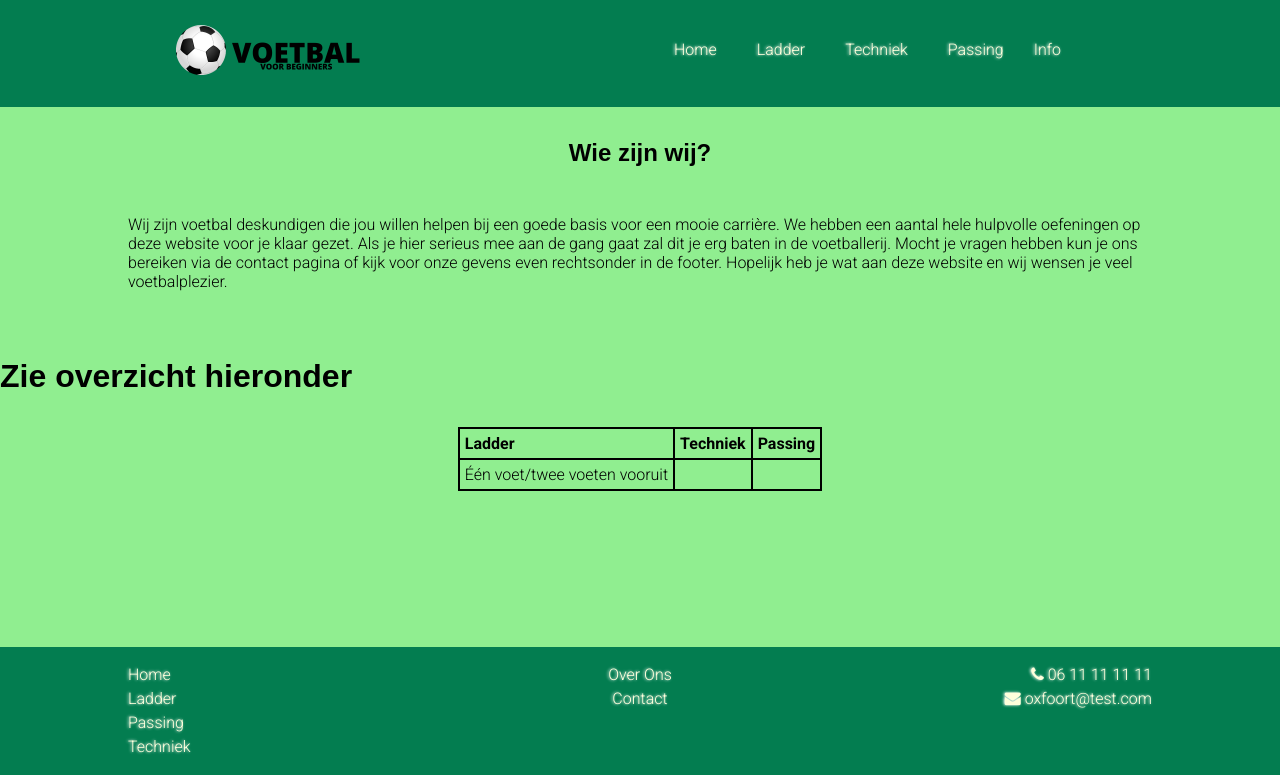
Repository: KelvinOxfoort/Start
Page: overons.html
The author's editor kept a record of every edit. The page is drawn from the files as they stood at one moment, then again after the next edit.
The browser window is 1280 px wide. The pictures show the whole page.
Some web fonts or font styles are not loaded; a fallback is used.

Above is the page before.

After the next edit:
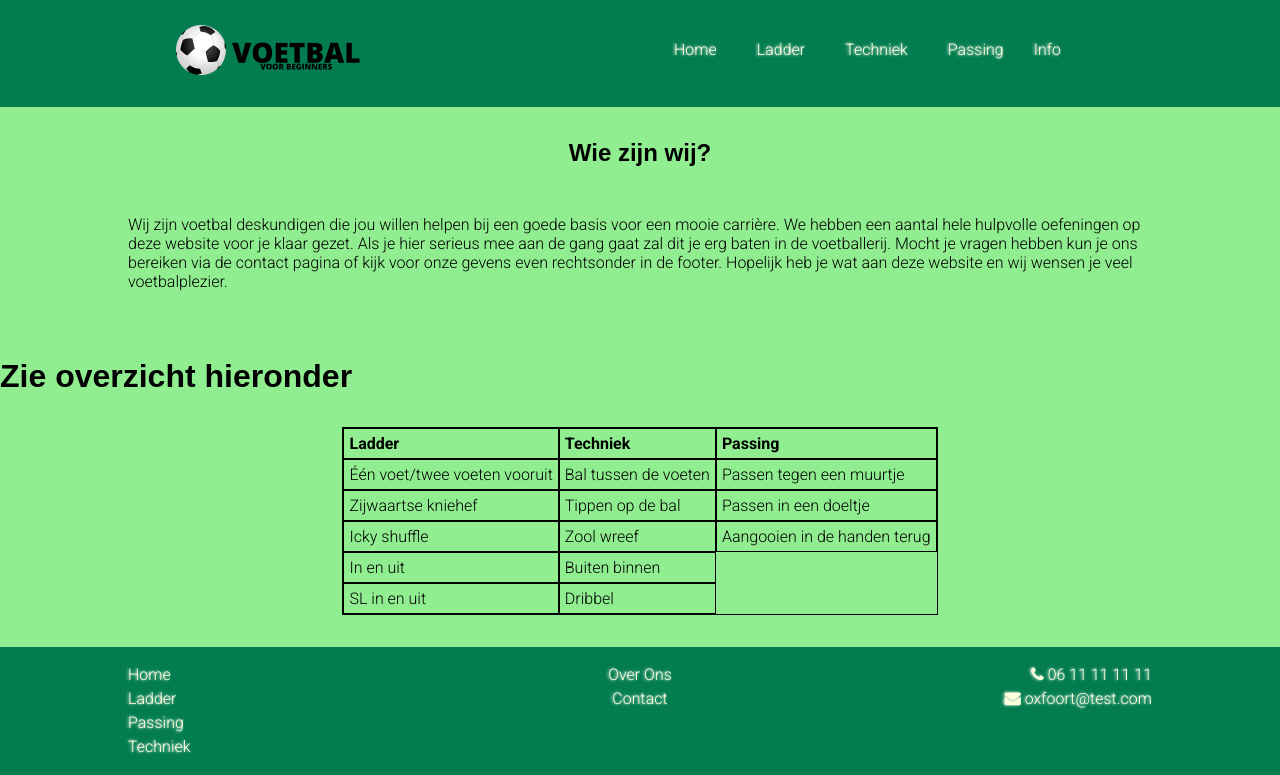
The edit:
--- a/overons.html
+++ b/overons.html
@@ -47,9 +47,27 @@
                 <th>Passing</th>
             </tr>
             <tr>
-                <td> Één voet/twee voeten vooruit</td>
-                <td></td>
-                <td></td>
+                <td>Één voet/twee voeten vooruit</td>
+                <td>Bal tussen de voeten</td>
+                <td>Passen tegen een muurtje</td>
+            </tr>
+            <tr>
+                <td>Zijwaartse kniehef</td>
+                <td>Tippen op de bal</td>
+                <td>Passen in een doeltje</td>
+            </tr>
+            <tr>
+                <td>Icky shuffle</td>
+                <td>Zool wreef</td>
+                <td>Aangooien in de handen terug</td>
+            </tr>
+            <tr>
+                <td>In en uit</td>
+                <td>Buiten binnen</td>
+            </tr>
+            <tr>
+                <td>SL in en uit</td>
+                <td>Dribbel</td>
             </tr>
         </table>
     </main>
